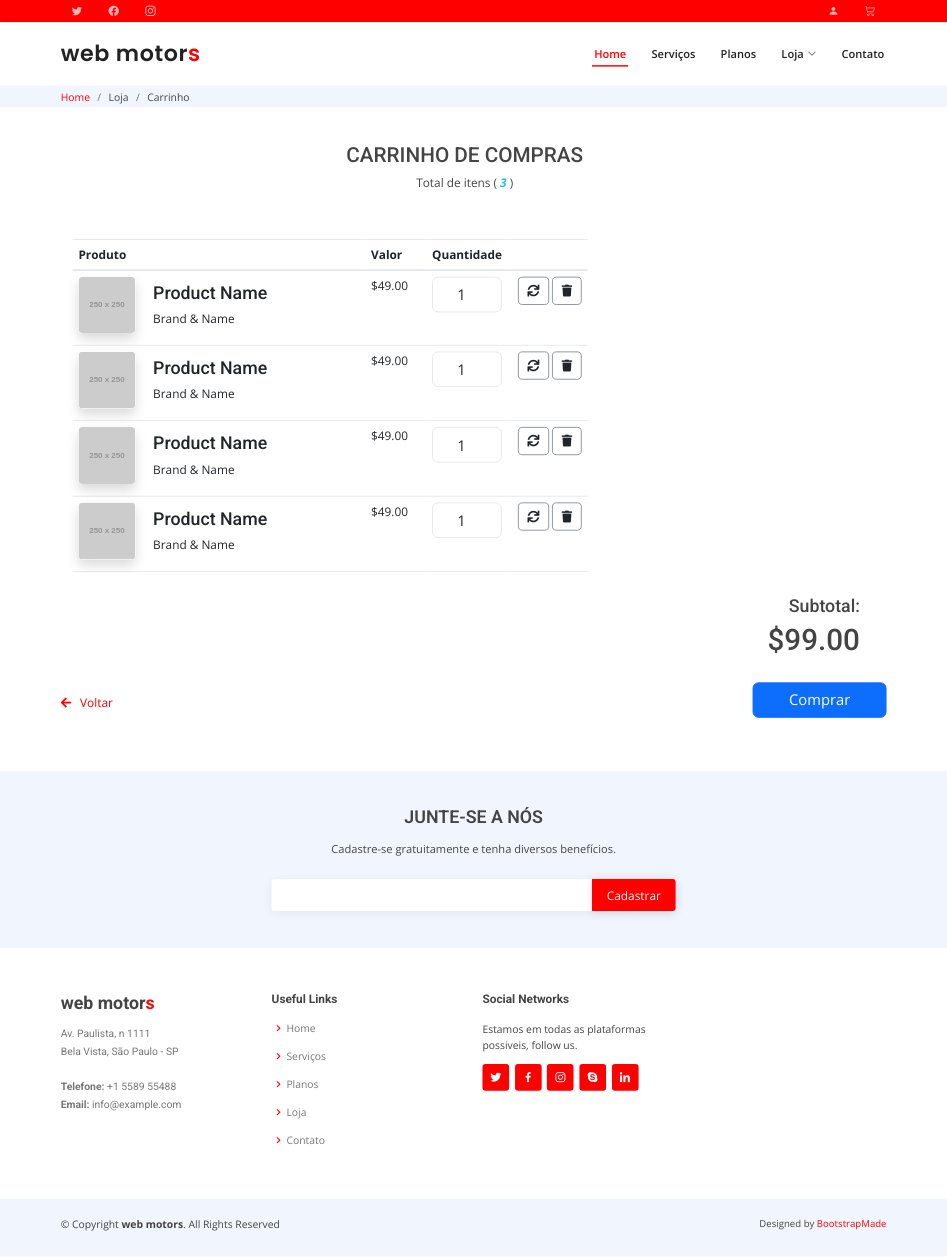
Repository: 01nethy/WebMotors
Page: cart.html
The author's editor kept a copy of each file at every save. The page is drawn from the files as they stood at one save, then again after the next save.
The browser window is 1280 px wide. The pictures show the whole page, at 74% of full size.
Some web libraries are served in a nearby version.

Above is the page before, as saved 2023-10-07 21:51:28.
Console error: TypeError: Cannot read properties of undefined (reading 'fn')

After the next save:
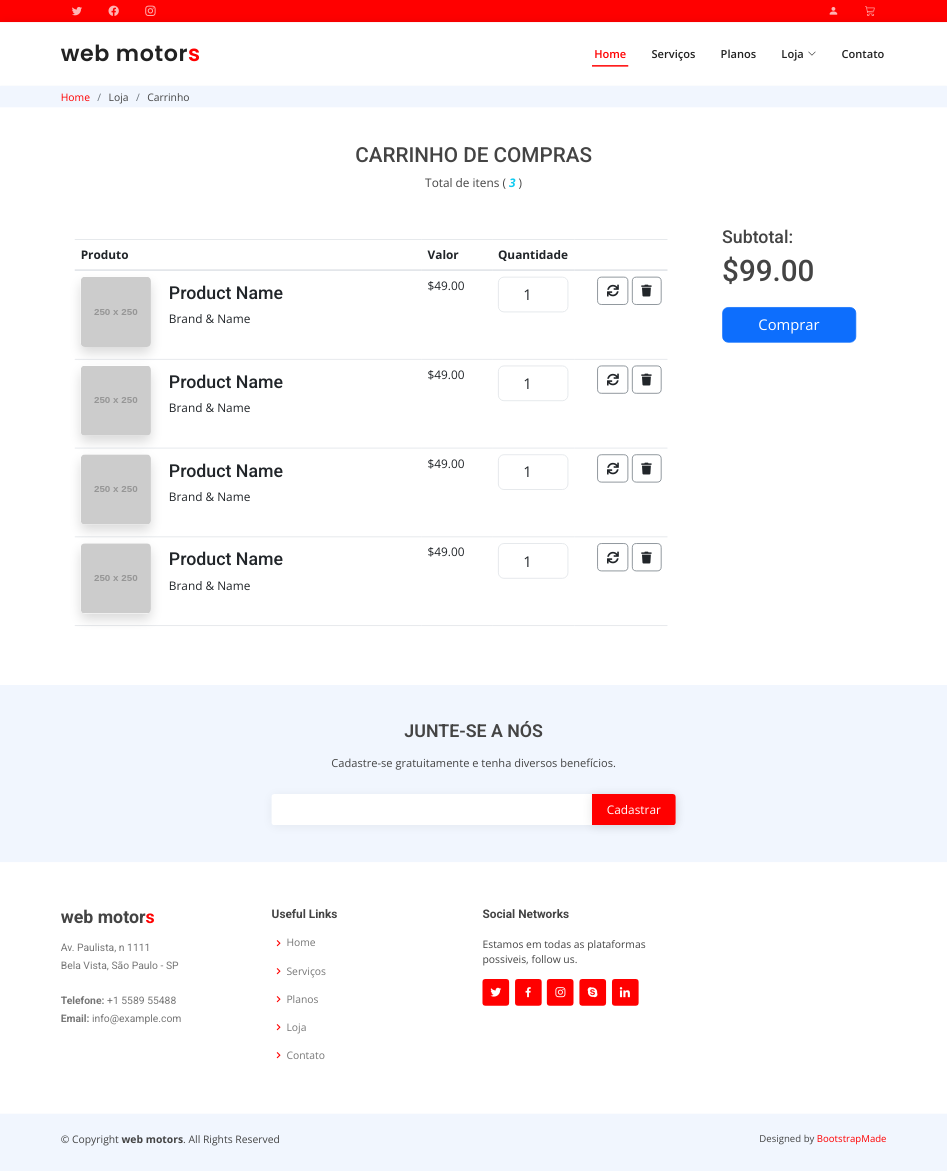
Saved 17 min 36 s later.
--- a/cart.html
+++ b/cart.html
@@ -105,12 +105,10 @@
 
     <section class="pt-5 pb-5">
         <div class="container">
-            <div class="row w-100">
-                <div class="col-lg-12 col-md-12 col-12">
-                    <h3 class="display-7 mb-2 text-center">CARRINHO DE COMPRAS</h3>
-                    <p class="mb-5 text-center">Total de itens (
-                        <i class="text-info font-weight-bold">3</i> )
-                    </p>
+            <div class="col-lg-12 col-md-12 col-12">
+                <h3 class="display-7 mb-2 text-center">CARRINHO DE COMPRAS</h3>
+                <p class="mb-5 text-center">Total de itens ( <i class="text-info font-weight-bold">3</i> ) </p>
+                <div class="row">
                     <table id="shoppingCart"
                         class="table table-condensed table-responsive align-items-center w-75 p-3 col-8">
                         <thead>
@@ -235,24 +233,18 @@
                                 </td>
                             </tr>
                         </tbody>
+
                     </table>
 
-                    <aside class="container float-left">
-                        <div class="float-right text-right">
+                    <aside class="container float-left col-2 align-items-center">
                             <h4>Subtotal:</h4>
                             <h1>$99.00</h1>
+                        <div class="row mt-4 d-flex align-items-center">
+                            <div class="col-sm-6 order-md-2 ">
+                                <a href="catalog.html" class="btn btn-primary mb-4 btn-lg pl-5 pr-5">Comprar</a>
+                            </div>
                         </div>
-                </div>
-            </div>
-            <div class="row mt-4 d-flex align-items-center">
-                <div class="col-sm-6 order-md-2 text-right">
-                    <a href="catalog.html" class="btn btn-primary mb-4 btn-lg pl-5 pr-5">Comprar</a>
-                </div>
-
-                </aside>
-                <div class="col-sm-6 mb-3 mb-m-1 order-md-1 text-md-left">
-                    <a href="catalog.html">
-                        <i class="fas fa-arrow-left mr-2"></i> Voltar</a>
+                    </aside>
                 </div>
             </div>
         </div>
